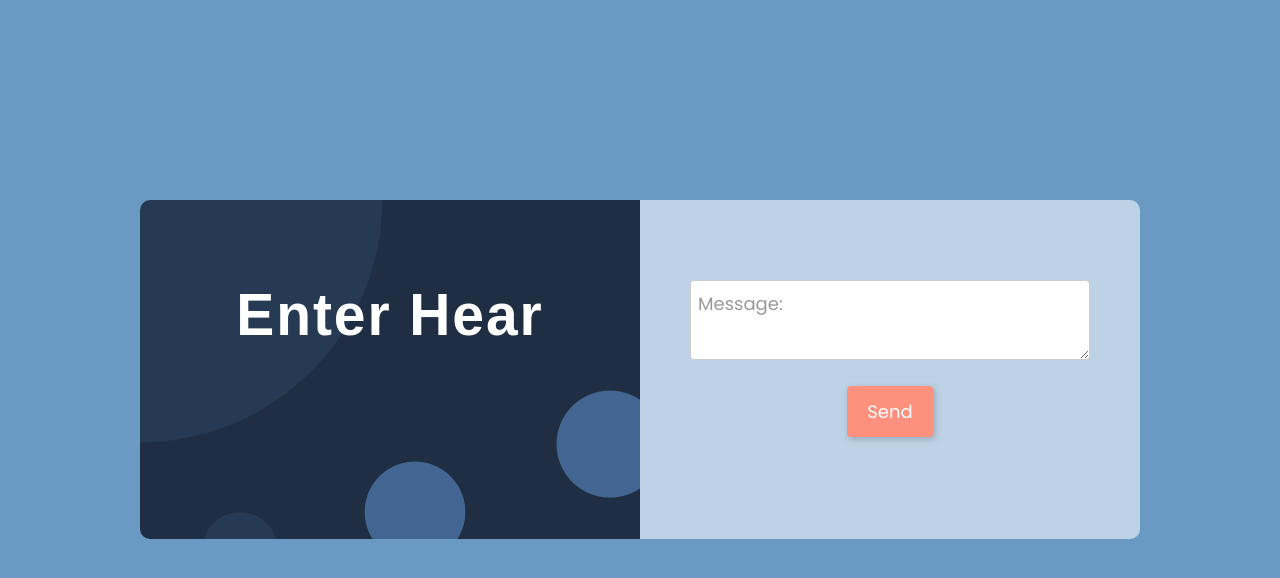
Repository: RamPratapKumarSharma/EbixCash_Ram
Page: http://localhost/user_input_validation/user_ui_form.jsp
These files come from the project's save history. The page is drawn as it stood at one moment and after the next save; the edit follows.
The browser window is 1280 px wide. The pictures show the whole page.
The page is served by Tomcat 9. Other server files are loaded and not shown.

Above is the page before, as saved 2022-02-13 14:21:54.

### user_input_validation/WebContent/user_ui_form.jsp
<%@ page language="java" contentType="text/html; charset=ISO-8859-1"
	pageEncoding="ISO-8859-1"%>
<!DOCTYPE html>
<html>
<head>
<meta charset="ISO-8859-1">
<title>Insert title here</title>
<style type="text/css">
@import
	url('https://fonts.googleapis.com/css2?family=Poppins:ital,wght@0,100;0,200;0,300;0,400;0,500;0,600;0,700;0,800;0,900;1,100;1,200;1,300;1,400;1,500;1,600;1,700;1,800;1,900&display=swap')
	;

@import
	url('https://fonts.googleapis.com/css2?family=Arimo:ital,wght@0,400;0,500;0,600;0,700;1,400;1,500;1,600;1,700&display=swap')
	;

* {
	margin: 0;
	box-sizing: border-box;
}

body {
	background-color: #6a9ac4;
}

#contact {
	background-color: #6a9ac4;
	display: flex;
	justify-content: center;
	align-items: center;
}

.contact-box {
	width: clamp(100px, 90%, 1000px);
	margin: 80px 50px;
	display: flex;
	flex-wrap: wrap;
}

.contact-links, .contact-form-wrapper {
	margin-top: 120px;
	width: 50%;
	padding: 8% 5% 10% 5%;
}

/* for enter hear back ground design */
.contact-links {
	background-color: #1f2e43;
	background: radial-gradient(circle at 55% 92%, #426691 0 12%, transparent 12.2%),
		radial-gradient(circle at 94% 72%, #426691 0 10%, transparent 10.2%),
		radial-gradient(circle at 20% max(78%, 350px), #263a53 0 7%,
		transparent 7.2%),
		radial-gradient(circle at 0% 0%, #263a53 0 40%, transparent 40.2%),
		#1f2e43;
	border-radius: 10px 0 0 10px;
}


/* input field back ground design */
.contact-form-wrapper {
	background-color: #ffffff8f;
	border-radius: 0 10px 10px 0;
}

/* for enter hear text h2 heading */
h2 {
	font-family: 'Arimo', sans-serif;
	color: #fff;
	font-size: clamp(30px, 6vw, 60px);
	letter-spacing: 2px;
	text-align: center;
	transform: scale(.95, 1);
}

.form-item {
	position: relative;
}

/*   for font style all ui */
label, input, textarea {
	font-family: 'Poppins', sans-serif;
}

/* for message text alignment in input field */
label {
	position: absolute;
	top: 10px;
	left: 2%;
	color: #999;
	font-size: clamp(14px, 1.5vw, 18px);
	pointer-events: none;
	user-select: none;
}

/* for message Box */
input, textarea {
	width: 100%;
	outline: 0;
	border: 1px solid #ccc;
	border-radius: 4px;
	margin-bottom: 20px;
	padding: 12px;
	font-size: clamp(15px, 1.5vw, 18px);
}

.submit-btn:hover {
	transform: scale(1.1, 1.1);
}

.submit-btn:active {
	transform: scale(1.1, 1.1);
	filter: sepia(0.5);
}

/*  Message text in user input */
input:focus+label, input:valid+label, textarea:focus+label, textarea:valid+label
	{
	font-size: clamp(13px, 1.3vw, 16px);
	color: #777;
	top: -20px;
	transition: all .225s ease;
}

/*  For Button Style */
.submit-btn {
	background-color: #fd917e;
	filter: drop-shadow(2px 2px 3px #0003);
	color: #fff;
	font-family: "Poppins", sans-serif;
	font-size: clamp(16px, 1.6vw, 18px);
	display: block;
	padding: 12px 20px;
	margin: 2px auto;
	border: none;
	border-radius: 4px;
	cursor: pointer;
	user-select: none;
	transition: 0.2s;
}
}
</style>
</head>
<body>
	<section id="contact">
		<div class="contact-box">
			<div class="contact-links">
				<h2>Enter Hear</h2>
			</div>
			<div class="contact-form-wrapper">
				<form action="/user_input_validation/User" method="post">
					<div class="form-item">
						<textarea class="" name="data" required></textarea>
						<label>Message:</label>
					</div>
					<button class="submit-btn">Send</button>
				</form>
			</div>
		</div>
	</section>
</body>
</html>

After the next save:
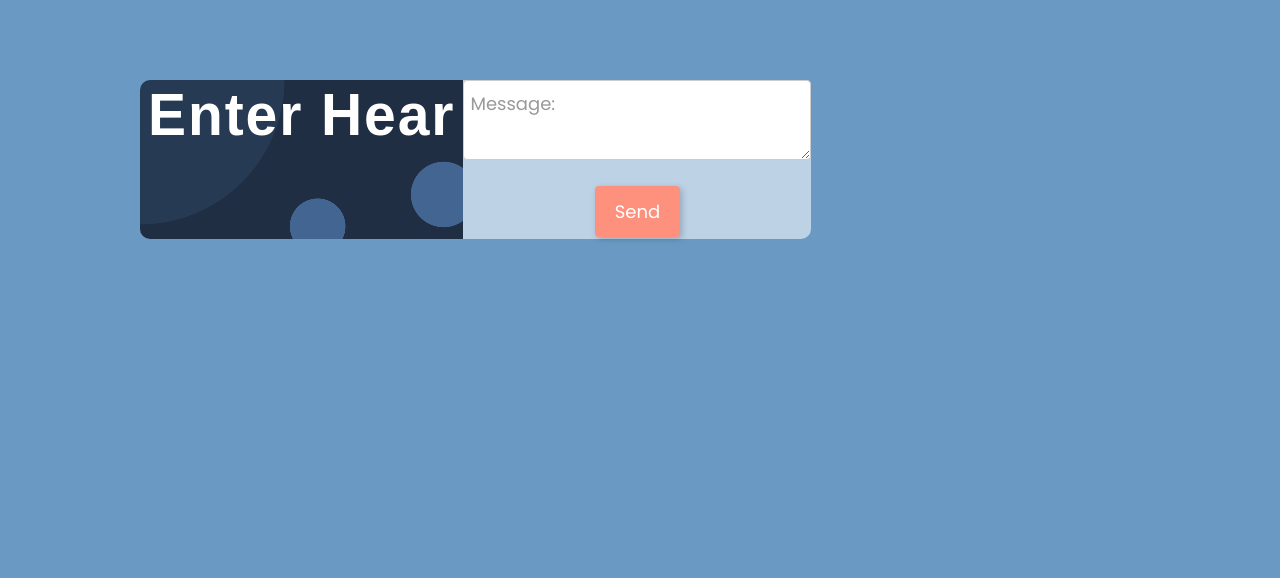
Saved 14 s later.
--- a/user_input_validation/WebContent/user_ui_form.jsp
+++ b/user_input_validation/WebContent/user_ui_form.jsp
@@ -37,11 +37,7 @@
 	flex-wrap: wrap;
 }
 
-.contact-links, .contact-form-wrapper {
-	margin-top: 120px;
-	width: 50%;
-	padding: 8% 5% 10% 5%;
-}
+
 
 /* for enter hear back ground design */
 .contact-links {

After the save that followed:
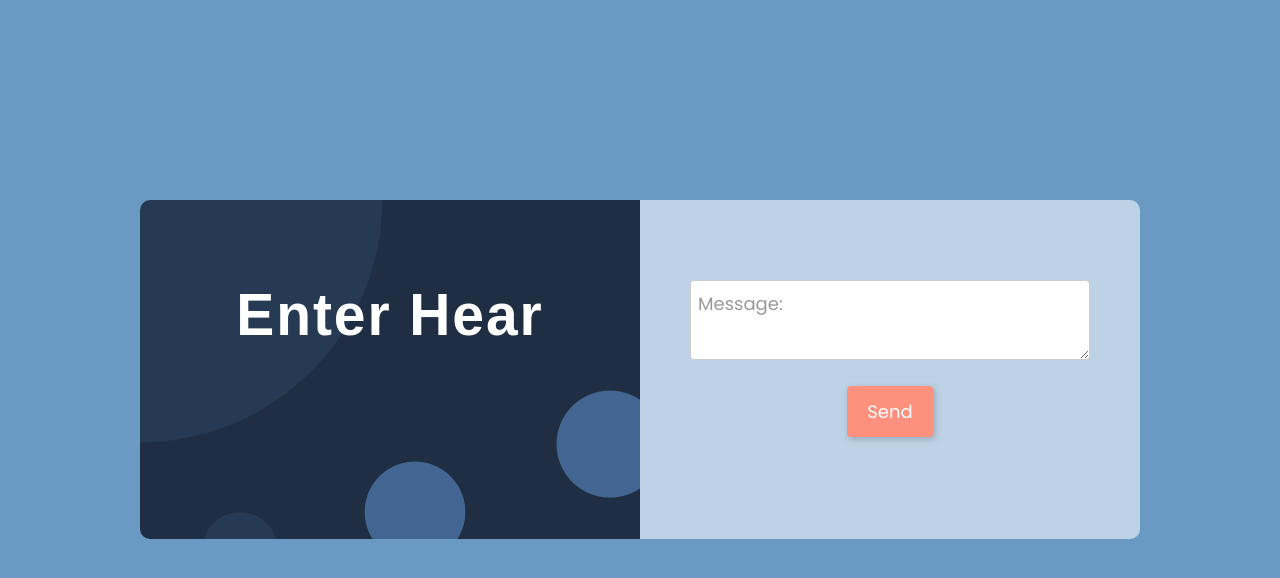
Saved 7 s later.
--- a/user_input_validation/WebContent/user_ui_form.jsp
+++ b/user_input_validation/WebContent/user_ui_form.jsp
@@ -37,7 +37,11 @@
 	flex-wrap: wrap;
 }
 
-
+.contact-links, .contact-form-wrapper {
+	margin-top: 120px;
+	width: 50%;
+	padding: 8% 5% 10% 5%;
+}
 
 /* for enter hear back ground design */
 .contact-links {
